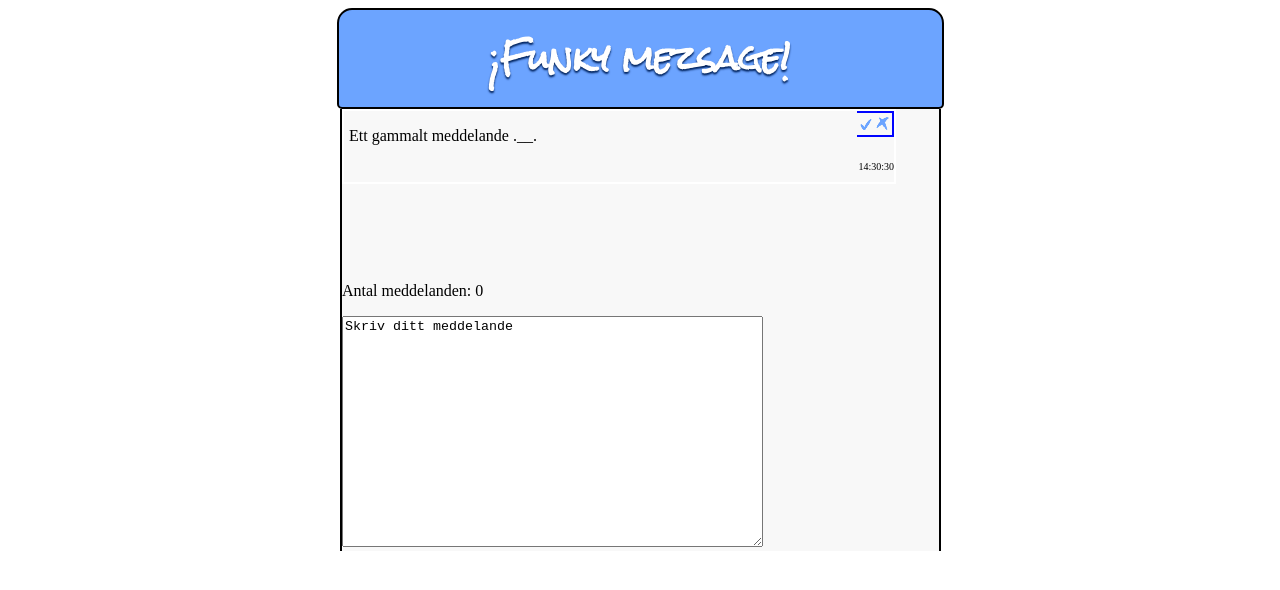
Repository: sk222sw/1dv403-laborationer
Page: 2-labbymezzage/index.html
The author's editor kept a record of every edit. The page is drawn from the files as they stood at one moment, then again after the next edit.
The browser window is 1280 px wide. The pictures show the whole page.

Above is the page before.

After the next edit:
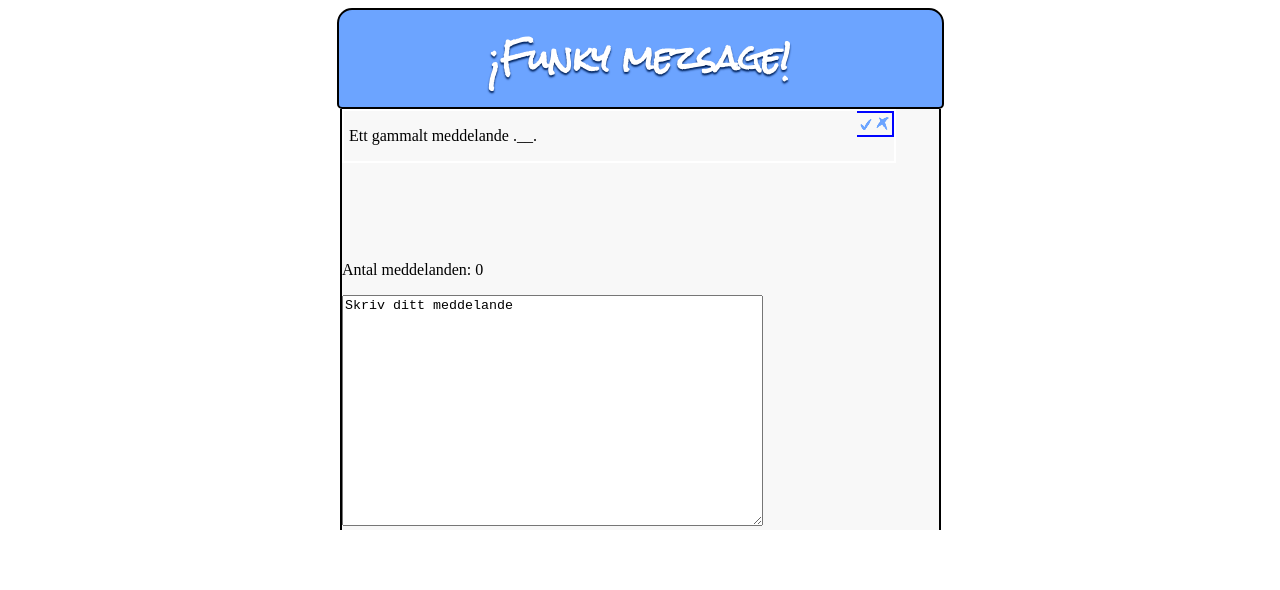
The edit:
--- a/2-labbymezzage/index.html
+++ b/2-labbymezzage/index.html
@@ -26,7 +26,6 @@
 
                         <div id="messageText">
                             <p class="msgText">Ett gammalt meddelande .__.</p>
-                            <p class="time">14:30:30</p>
                         </div>
                     </section>
 
